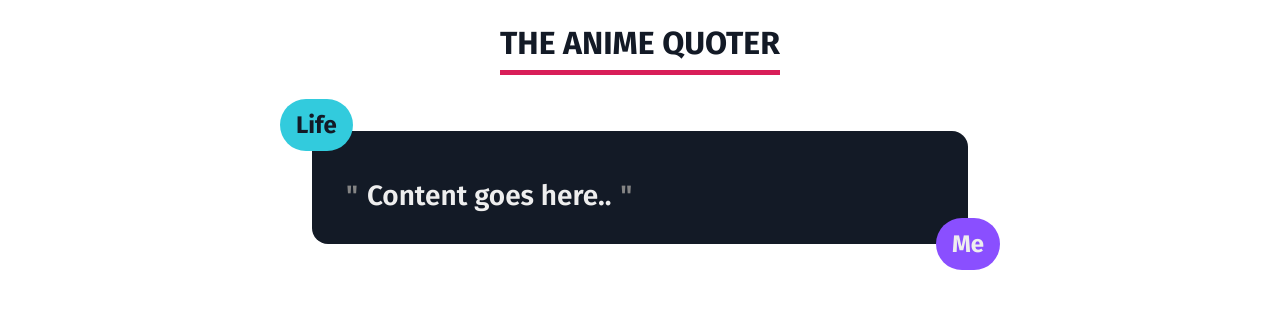
Repository: kate30980/quote-generator-vuejs
Page: /
These files come from the project's save history. The page is drawn as it stood at one moment and after the next save; the edit follows.
The browser window is 1280 px wide. The pictures show the whole page.
The project was rebuilt for these pictures with package versions that can differ from the ones it lists, and the page was loaded fresh each time.

Above is the page before, as saved 2021-08-24 14:37:01.

### public/index.html
<!DOCTYPE html>
<html lang="">

<head>
  <meta charset="utf-8">
  <meta http-equiv="X-UA-Compatible" content="IE=edge">
  <meta name="viewport" content="width=device-width,initial-scale=1.0">
  <link rel="icon" href="<%= BASE_URL %>favicon.ico">
  <title>
    <%= htmlWebpackPlugin.options.title %>
  </title>
  <link rel="preconnect" href="https://fonts.googleapis.com">
  <link rel="preconnect" href="https://fonts.gstatic.com" crossorigin>
  <link href="https://fonts.googleapis.com/css2?family=Fira+Sans:wght@300;400;600;700&display=swap" rel="stylesheet">
</head>

<body>
  <noscript>
    <strong>We're sorry but <%= htmlWebpackPlugin.options.title %> doesn't work properly without JavaScript enabled.
        Please enable it to continue.</strong>
  </noscript>
  <div id="app"></div>
  <!-- built files will be auto injected -->
</body>

</html>

### src/App.vue
<template>
  <div class="app">
    <Header title="The Anime Quoter" />
    <Quote :quote="quote" />
  </div>
</template>

<script>

import Header from './components/Header.vue';
import Quote from './components/Quote.vue'

export default {
  name: 'App',
  components: {
    Header,
    Quote
  },
  data(){
    return{
      quote: {
        content: 'Content goes here',
        anime: 'Naruto',
        character: 'Madara'
      },
      quotes: [],
    }
  }
}
</script>

<style Lang="sass">
:root{
  --primary: #D81E58;
  --secondary: #8A4FFF;
  --tertiary: #32CBDD;
  --dark: #131A26;
  --light: #EEE;
  --grey: #848484;
}
*{
  margin: 0;
  padding: 0;
  box-sizing: border-box;
  font-family: 'Fira Sans', sans-serif;
}
</style>

### src/components/Header.vue
<template>
    <header>
        <h1>{{ title }}</h1>
    </header>
</template>

<script>
export default {
  props: ['title']
}
</script>


<style Lang="sass" scoped>
header{
    padding: 24px 32px;
    display: flex;
    justify-content: center;
}
h1{
    font-size: 32px;
    color: var(--dark);
    font-weight: 700;
    text-align: center;
    text-transform: uppercase;
    padding-bottom: 8px;
    border-bottom: 5px solid var(--primary);

}
</style>

### src/components/Quote.vue
<template>
  <section class="quote">
      <div class="quote-content">
          Content goes here..
      </div>
      <div class="quote-info">
        <div class="quote-anime">
            Life
        </div>
        <div class="quote-author">
            Me
        </div>
      </div>
  </section>
</template>

<script>
export default {
  props: ['quote']
}
</script>


<style Lang="sass" scoped>
.quote{
    position: relative;
    margin: 0 auto;
    padding: 32px;
    max-width: 720px;
}
.quote-content{
    position: relative;
    font-size: 28px;
    font-weight: 600;
    background-color: var(--dark);
    color: var(--light);
    padding: 48px 32px 32px;
    border-radius:16px;
}
.quote-content:before, .quote-content:after{
    content: '"';
    color: var(--grey);
    margin: 0 2px;
}
.quote-info{
    position: absolute;
    top: 0;left: 0;right: 0;bottom: 0;
    padding: 32px;
}
.quote-author,.quote-anime{
    position: absolute;
    padding: 12px 16px;
    font-size: 24px;
    font-weight: 700;
    border-radius: 99px;
    color: var(--light);
    text-align: center;
}
.quote-author{
    top: calc(100% - 32px);right: 0;
    transform: translateY(-50%);
    background-color: var(--secondary );
}
.quote-anime{
    top: 0;
    left: 0;
    background-color: var(--tertiary);
    color: var(--dark);
}
</style>

Loaded but not shown: src/main.js (common file)

After the next save:
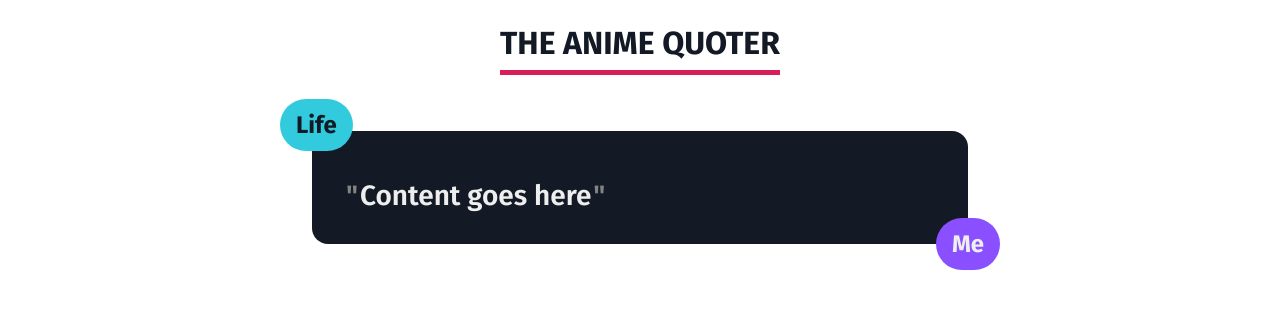
Saved 36 s later.
--- a/src/components/Quote.vue
+++ b/src/components/Quote.vue
@@ -1,7 +1,7 @@
 <template>
   <section class="quote">
       <div class="quote-content">
-          Content goes here..
+          {{ quote.content }}
       </div>
       <div class="quote-info">
         <div class="quote-anime">
